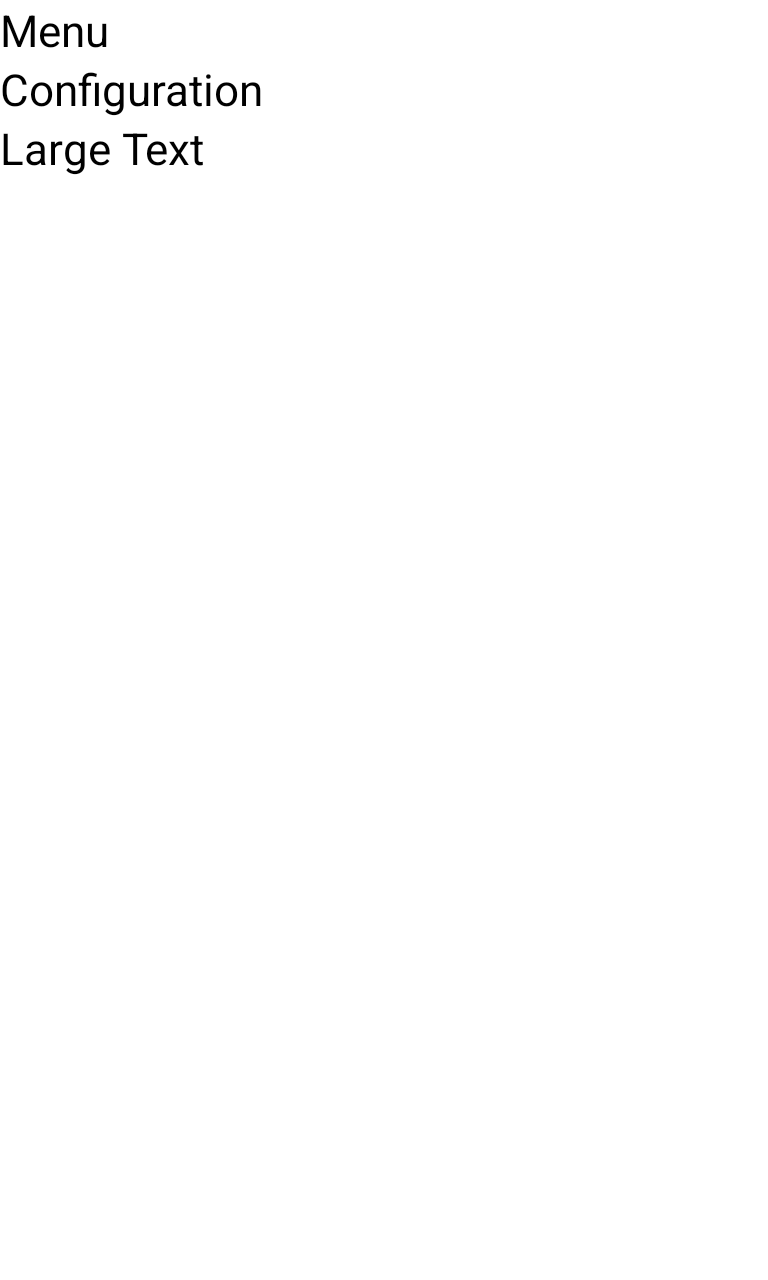
Repository: VanThi/Smart_Order
Layout: Project OS/Project_SO/res/layout/customer_menu.xml
An editor plug-in stored every save of this project. The layout is shown before and after the next save, followed by the edit.
It is drawn on a 768 x 1280 px phone screen (xhdpi) without system bars, with theme AppTheme; the app's code is not run.

Above is the layout before, as saved 2013-11-04 09:32:06.

### Project OS/Project_SO/res/layout/customer_menu.xml
<?xml version="1.0" encoding="utf-8"?>
<LinearLayout xmlns:android="http://schemas.android.com/apk/res/android"
    android:layout_width="match_parent"
    android:layout_height="match_parent"
    android:orientation="vertical" >

    <TextView
        android:id="@+id/menu_item"
        android:layout_width="wrap_content"
        android:layout_height="wrap_content"
        android:text="Menu"
        android:textAppearance="?android:attr/textAppearanceLarge" />

    <TextView
        android:id="@+id/configuration"
        android:layout_width="wrap_content"
        android:layout_height="wrap_content"
        android:text="Configuration"
        android:textAppearance="?android:attr/textAppearanceLarge" />

    <TextView
        android:id="@+id/viewOrder"
        android:layout_width="wrap_content"
        android:layout_height="wrap_content"
        android:text="Large Text"
        android:textAppearance="?android:attr/textAppearanceLarge" />

</LinearLayout>

### Project OS/Project_SO/res/values/styles.xml
<resources>

    <!--
        Base application theme, dependent on API level. This theme is replaced
        by AppBaseTheme from res/values-vXX/styles.xml on newer devices.
    -->
    <style name="AppBaseTheme" parent="android:Theme.Light">
        <!--
            Theme customizations available in newer API levels can go in
            res/values-vXX/styles.xml, while customizations related to
            backward-compatibility can go here.
        -->
    </style>

    <style name="NoActionBar" parent="@android:style/Theme.Holo.NoActionBar">
        <!-- Inherits the Holo theme with no action bar; no other styles needed. -->
    </style>

    <!-- Application theme. -->
    <style name="AppTheme" parent="AppBaseTheme">
        <!-- All customizations that are NOT specific to a particular API-level can go here. -->
    </style>

    <style name="HeaderBG">
        <item name="android:layout_width">fill_parent</item>
        <item name="android:layout_height">60dp</item>
        <item name="android:background">@drawable/header_bg</item>
        <item name="android:orientation">horizontal</item>
    </style>

    <style name="HeaderText">
        <item name="android:textColor">#FFFFFF</item>
        <item name="android:textSize">22sp</item>
        <item name="android:textStyle">bold</item>
        <item name="android:ellipsize">end</item>
        <item name="android:gravity">center</item>
        <item name="android:singleLine">true</item>
        <item name="android:text">@string/app_name</item>
    </style>

    <style name="Background">
        <item name="android:layout_width">fill_parent</item>
        <item name="android:layout_height">fill_parent</item>
        <item name="android:background">@color/background</item>
        <item name="android:orientation">vertical</item>
    </style>

    <style name="BackgroundLogo">
        <item name="android:layout_width">350dp</item>
        <item name="android:layout_height">350dp</item>
        <item name="android:src">@drawable/logo_bg</item>
        <item name="android:layout_alignParentBottom">true</item>
        <item name="android:layout_alignParentRight">true</item>
    </style>

    <style name="MENU">
        <item name="android:layout_width">fill_parent</item>
        <item name="android:layout_height">63dp</item>
        <item name="android:background">@drawable/menu_bg</item>
        <item name="android:gravity">center_vertical</item>
        <item name="android:padding">10dp</item>
        <item name="android:textColor">#FFFFFF</item>
        <item name="android:textSize">16sp</item>
    </style>

    <style name="TextDescription">
        <item name="android:textColor">@color/black</item>
        <item name="android:textSize">16sp</item>
        <item name="android:typeface">sans</item>
        <item name="android:textStyle">bold</item>
    </style>

    <style name="Text">
        <item name="android:textColor">@color/black</item>
        <item name="android:textSize">14sp</item>
        <item name="android:typeface">sans</item>
    </style>

    <style name="EditText">
        <item name="android:textColor">@color/black</item>
        <item name="android:textSize">14sp</item>
        <item name="android:typeface">sans</item>
        <item name="android:padding">5dp</item>
    </style>

    <style name="Button">
        <item name="android:padding">5dp</item>
        <item name="android:textStyle">bold</item>
        <item name="android:textColor">@color/white</item>
        <item name="android:textSize">14sp</item>
        <item name="android:background">@drawable/btn_bg</item>
        <item name="android:typeface">sans</item>
        <item name="android:layout_width">90dp</item>
        <item name="android:layout_height">40dp</item>
    </style>

    <style name="ButtonRight">
        <item name="android:padding">5dp</item>
        <item name="android:textStyle">bold</item>
        <item name="android:textColor">@color/white</item>
        <item name="android:textSize">14sp</item>
        <item name="android:background">@drawable/btn_bg</item>
        <item name="android:typeface">sans</item>
        <item name="android:layout_width">90dp</item>
        <item name="android:layout_height">40dp</item>
        <item name="android:layout_marginLeft">5dp</item>
    </style>

    <style name="CustomProgressBar" parent="android:Widget.ProgressBar.Horizontal">
        <item name="android:layout_width">200dp</item>
        <item name="android:layout_height">wrap_content</item>
        <item name="android:padding">5dp</item>
        <item name="android:layout_marginRight">10dp</item>
        <item name="android:indeterminateOnly">false</item>
        <item name="android:progressDrawable">@drawable/custom_progress_bar_horizontal</item>
        <item name="android:minHeight">10dip</item>
        <item name="android:maxHeight">20dip</item>
    </style>

    <style name="ProgressBarTitle">
        <item name="android:textColor">#514F4F</item>
        <item name="android:textSize">14sp</item>
        <item name="android:typeface">sans</item>
        <item name="android:layout_width">0dp</item>
        <item name="android:layout_height">wrap_content</item>
        <item name="android:layout_weight">1</item>
    </style>

    <style name="ProgressBarTotalTitle">
        <item name="android:textColor">#000000</item>
        <item name="android:textSize">15sp</item>
        <item name="android:typeface">sans</item>
        <item name="android:layout_width">0dp</item>
        <item name="android:layout_height">wrap_content</item>
        <item name="android:layout_weight">1</item>
    </style>

</resources>

Loaded but not shown: Project OS/Project_SO/res/values-v11/styles.xml (common file); Project OS/Project_SO/res/values-v14/styles.xml (common file)

After the next save:
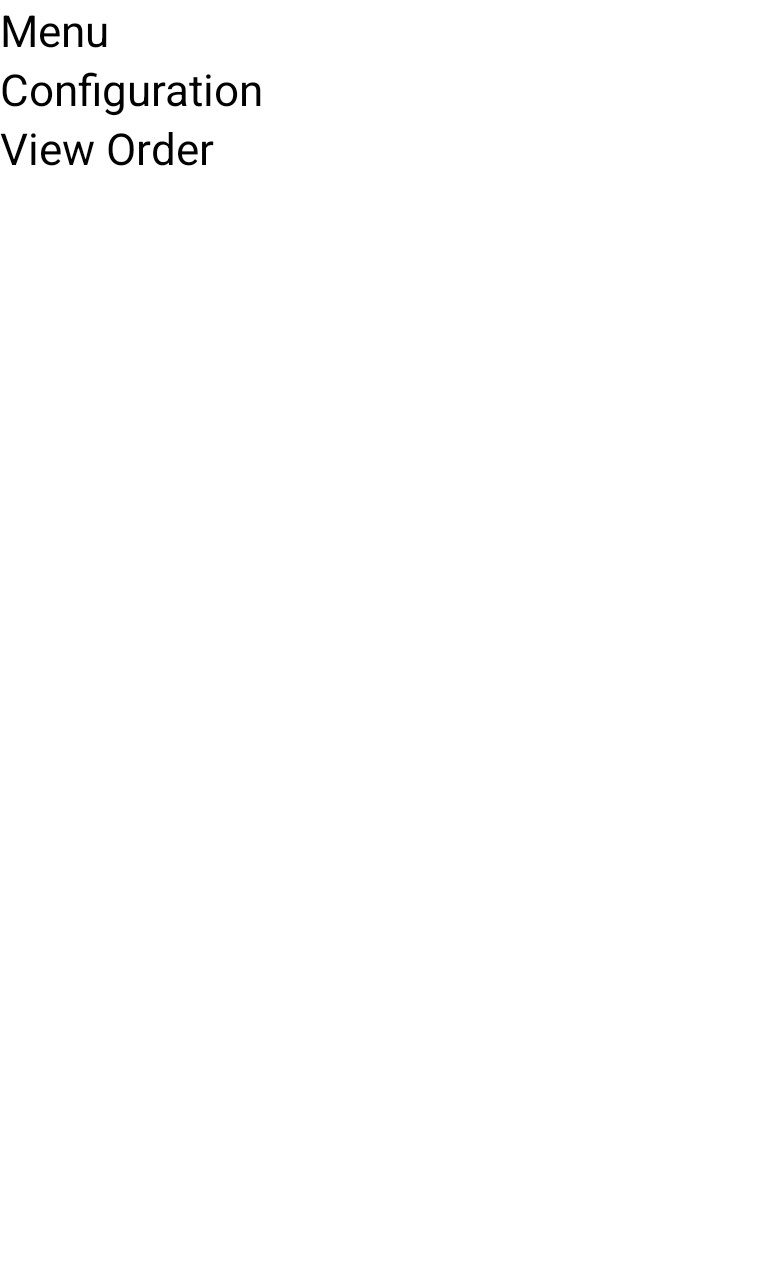
Saved 10 s later.
--- a/Project OS/Project_SO/res/layout/customer_menu.xml
+++ b/Project OS/Project_SO/res/layout/customer_menu.xml
@@ -22,7 +22,7 @@
         android:id="@+id/viewOrder"
         android:layout_width="wrap_content"
         android:layout_height="wrap_content"
-        android:text="Large Text"
+        android:text="View Order"
         android:textAppearance="?android:attr/textAppearanceLarge" />
 
 </LinearLayout>
